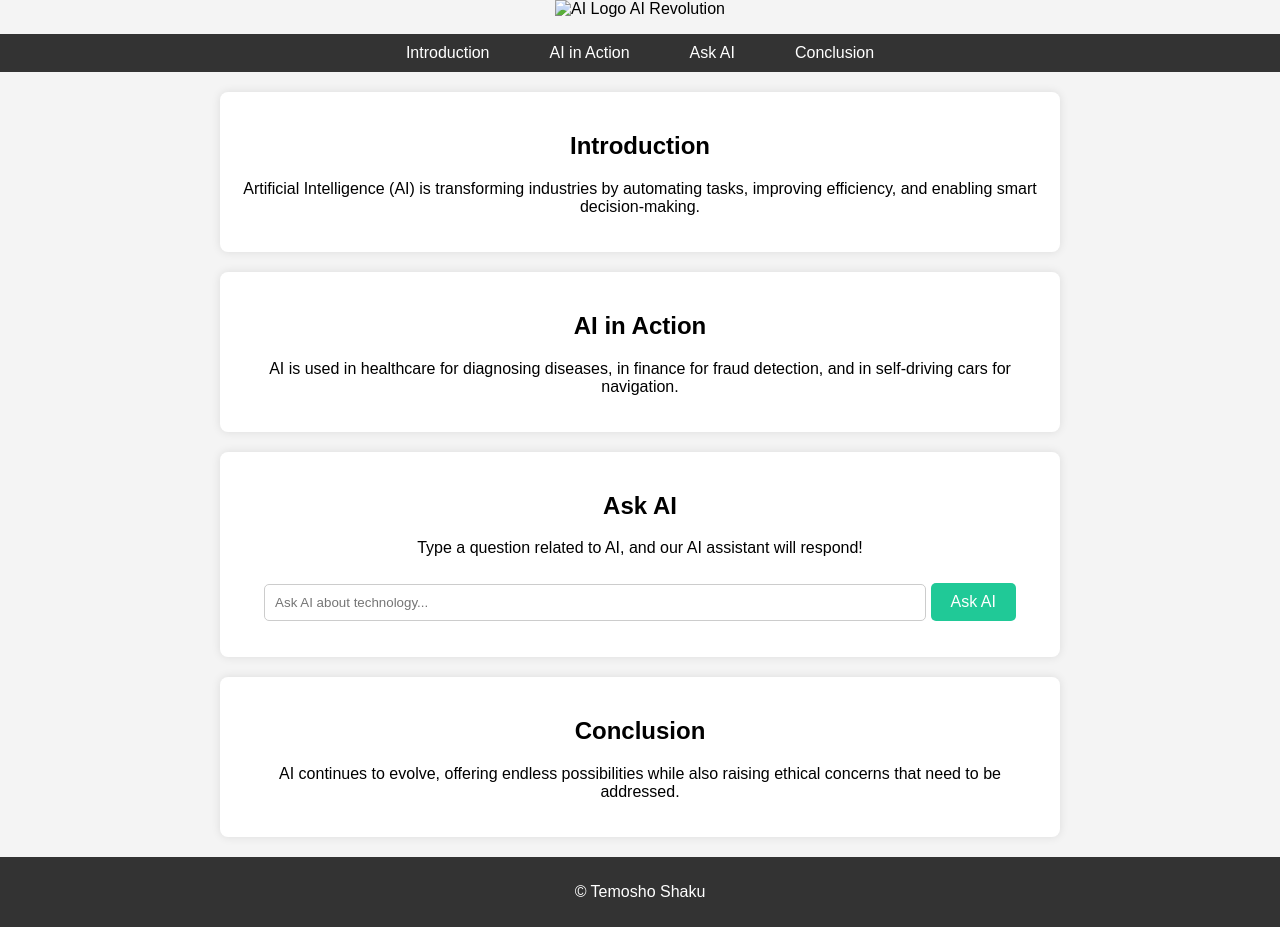
Repository: TemoshoS/ai
Page: index.html
The author's editor kept a copy of each file at every save. The page is drawn from the files as they stood at one save, then again after the next save.
The browser window is 1280 px wide. The pictures show the whole page.

Above is the page before, as saved 2025-02-16 14:59:50.
Console error: TypeError: Cannot read properties of null (reading 'addEventListener')
Not found: ai-icon.png

### index.html
<!DOCTYPE html>
<html lang="en">
<head>
    <meta charset="UTF-8">
    <meta name="viewport" content="width=device-width, initial-scale=1.0">
    <title>AI Revolution</title>
    <link rel="stylesheet" href="styles.css">
</head>
<body>

    <nav>
        <div class="nav-container">
            <div class="logo">
                <img src="ai-icon.png" alt="AI Logo">
                <span>AI Revolution</span>
            </div>
            <ul class="nav-links">
                <li><a href="#intro">Introduction</a></li>
                <li><a href="#body">AI in Action</a></li>
                <li><a href="#chatbot">Ask AI</a></li>
                <li><a href="#conclusion">Conclusion</a></li>
            </ul>
        </div>
    </nav>

    <section id="intro">
        <h2>Introduction</h2>
        <p>Artificial Intelligence (AI) is transforming industries by automating tasks, improving efficiency, and enabling smart decision-making.</p>
    </section>

    <section id="body">
        <h2>AI in Action</h2>
        <p>AI is used in healthcare for diagnosing diseases, in finance for fraud detection, and in self-driving cars for navigation.</p>
    </section>

    <section id="chatbot">
        <h2>Ask AI</h2>
        <p>Type a question related to AI, and our AI assistant will respond!</p>
        <input type="text" id="userInput" placeholder="Ask AI about technology...">
        <button id="askAI">Ask AI</button>
        <p id="aiResponse"></p>
    </section>

    <section id="conclusion">
        <h2>Conclusion</h2>
        <p>AI continues to evolve, offering endless possibilities while also raising ethical concerns that need to be addressed.</p>
    </section>

    <footer>
        <p>&copy; Temosho Shaku</p>
    </footer>

    <script src="script.js"></script>
</body>
</html>

### styles.css
body {
    font-family: Arial, sans-serif;
    margin: 0;
    padding: 0;
    background-color: #f4f4f4;
    text-align: center;
}

header {
    background-color: #20C997;
    color: white;
    padding: 20px;
}

nav ul {
    list-style: none;
    padding: 0;
    background: #333;
    display: flex;
    justify-content: center;
}

nav ul li {
    margin: 0 15px;
}

nav ul li a {
    color: white;
    text-decoration: none;
    padding: 10px 15px;
    display: block;
}

nav ul li a:hover {
    background-color: #20C997;
    border-radius: 5px;
}

section {
    padding: 20px;
    max-width: 800px;
    margin: auto;
    background: white;
    margin-top: 20px;
    border-radius: 8px;
    box-shadow: 0px 0px 10px rgba(0, 0, 0, 0.1);
}

input {
    padding: 10px;
    width: 80%;
    border: 1px solid #ccc;
    border-radius: 5px;
    margin-top: 10px;
}

button {
    background-color: #20C997;
    color: white;
    padding: 10px 20px;
    border: none;
    font-size: 16px;
    cursor: pointer;
    margin-top: 10px;
    border-radius: 5px;
}

button:hover {
    background-color: #17a589;
}

#aiResponse {
    font-weight: bold;
    color: #333;
    margin-top: 15px;
}

footer {
    margin-top: 20px;
    background-color: #333;
    color: white;
    padding: 10px;
}

### script.js
let slides = document.querySelectorAll(".slide");
let currentSlide = 0;

document.getElementById("next").addEventListener("click", function () {
    changeSlide(1);
});

document.getElementById("prev").addEventListener("click", function () {
    changeSlide(-1);
});

function changeSlide(direction) {
    slides[currentSlide].classList.remove("active");
    currentSlide += direction;

    if (currentSlide < 0) {
        currentSlide = slides.length - 1;
    } else if (currentSlide >= slides.length) {
        currentSlide = 0;
    }

    slides[currentSlide].classList.add("active");
}

// AI Fake Response
document.getElementById("askAI").addEventListener("click", function () {
    let userInput = document.getElementById("userInput").value.trim();

    if (!userInput) {
        alert("Please enter a question!");
        return;
    }

    document.getElementById("aiResponse").innerText = "Thinking...";

    setTimeout(() => {
        let fakeResponses = [
            "AI helps automate repetitive tasks.",
            "Machine learning enables computers to learn from data.",
            "AI is used in chatbots, self-driving cars, and healthcare.",
            "AI raises ethical concerns, including bias and job automation.",
            "AI can improve cybersecurity by detecting threats."
        ];

        let randomResponse = fakeResponses[Math.floor(Math.random() * fakeResponses.length)];

        document.getElementById("aiResponse").innerText = randomResponse;
    }, 1500);
});

After the next save:
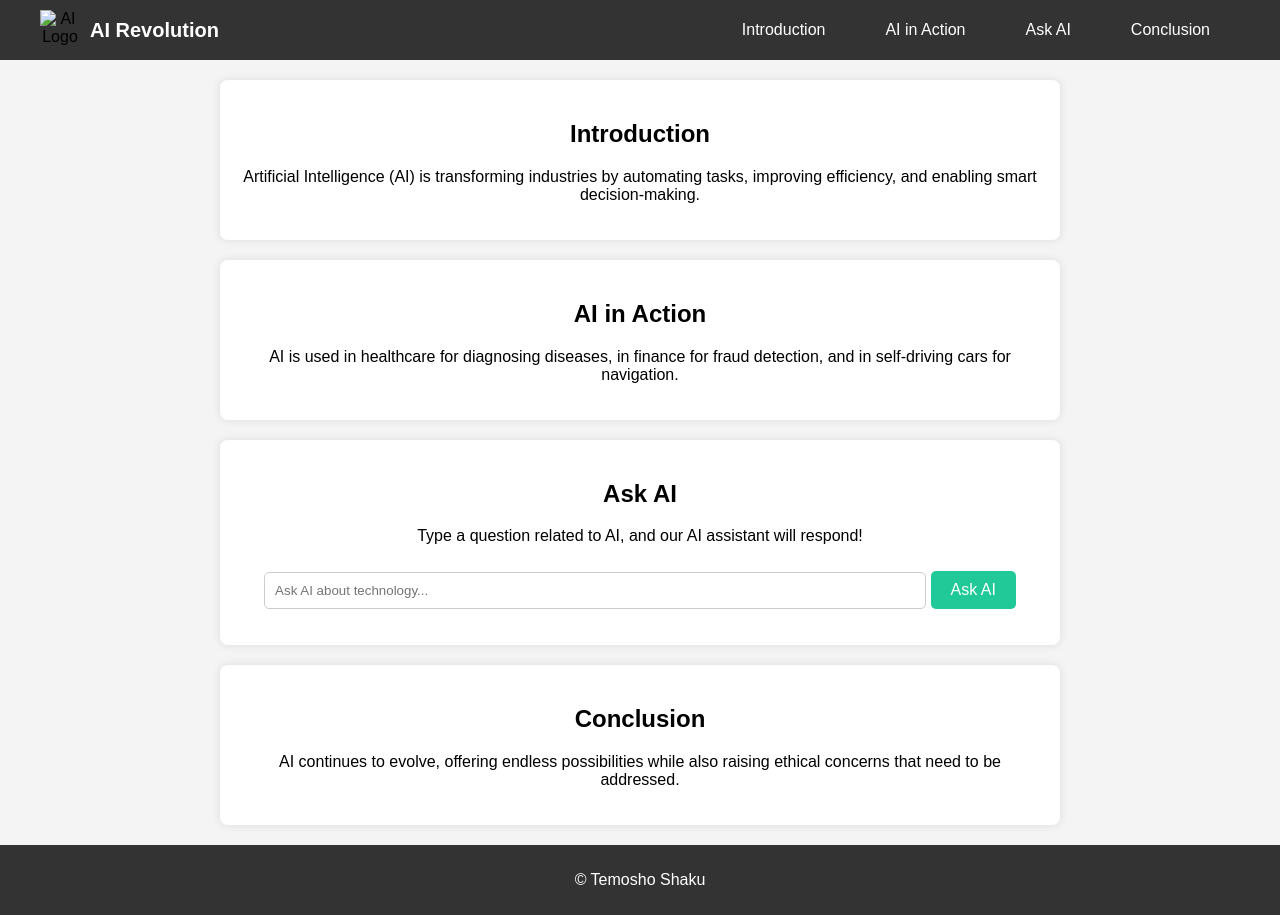
Saved 29 s later.
--- a/styles.css
+++ b/styles.css
@@ -6,36 +6,61 @@ body {
     text-align: center;
 }
 
-header {
-    background-color: #20C997;
-    color: white;
-    padding: 20px;
+/* NAVIGATION BAR */
+nav {
+    background: #333;
+    padding: 10px 20px;
 }
 
-nav ul {
-    list-style: none;
-    padding: 0;
-    background: #333;
+.nav-container {
     display: flex;
-    justify-content: center;
+    justify-content: space-between;
+    align-items: center;
+    max-width: 1200px;
+    margin: auto;
 }
 
-nav ul li {
+.logo {
+    display: flex;
+    align-items: center;
+}
+
+.logo img {
+    width: 40px;
+    height: 40px;
+    margin-right: 10px;
+}
+
+.logo span {
+    font-size: 20px;
+    color: white;
+    font-weight: bold;
+}
+
+.nav-links {
+    list-style: none;
+    display: flex;
+    margin: 0;
+    padding: 0;
+}
+
+.nav-links li {
     margin: 0 15px;
 }
 
-nav ul li a {
+.nav-links li a {
     color: white;
     text-decoration: none;
     padding: 10px 15px;
     display: block;
 }
 
-nav ul li a:hover {
+.nav-links li a:hover {
     background-color: #20C997;
     border-radius: 5px;
 }
 
+/* CONTENT */
 section {
     padding: 20px;
     max-width: 800px;
@@ -46,6 +71,7 @@ section {
     box-shadow: 0px 0px 10px rgba(0, 0, 0, 0.1);
 }
 
+/* AI CHAT */
 input {
     padding: 10px;
     width: 80%;
@@ -75,6 +101,7 @@ button:hover {
     margin-top: 15px;
 }
 
+/* FOOTER */
 footer {
     margin-top: 20px;
     background-color: #333;
